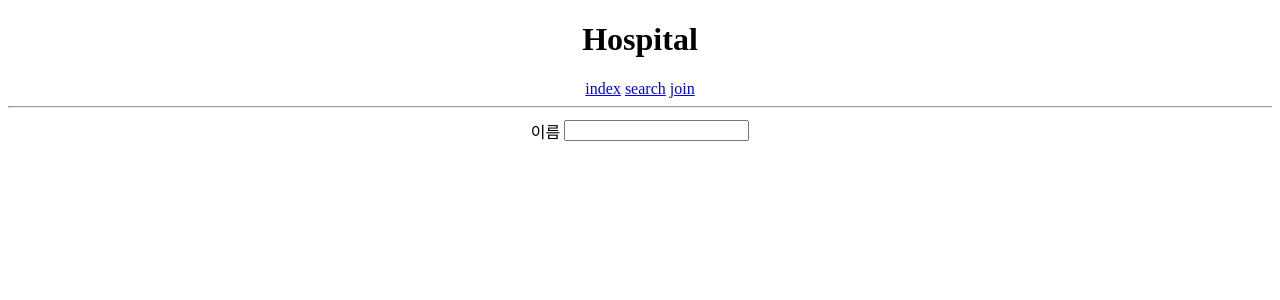
Repository: kimgh06/jsp_teamwork
Page: http://localhost/hospital/join.jsp
An editor plug-in stored every save of this project. The page is shown before and after the next save, followed by the edit.
The browser window is 1280 px wide. The pictures show the whole page.
The page is served by Tomcat 9.

Above is the page before, as saved 2023-06-14 01:49:51.

After the next save:
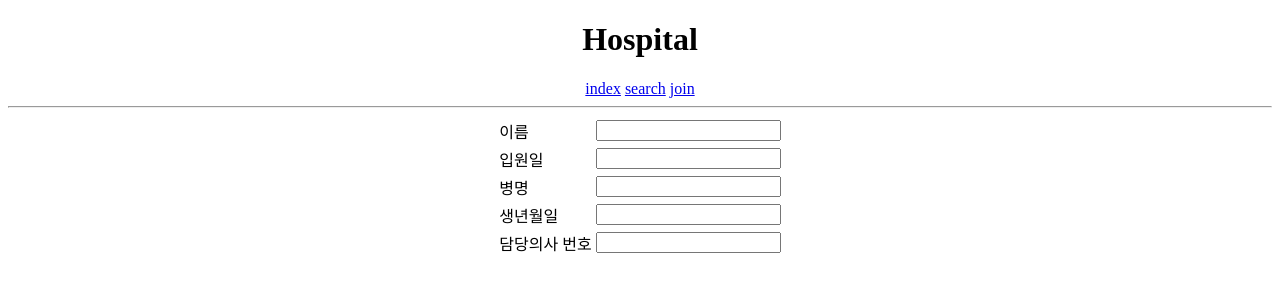
Saved 4 min 20 s later.
--- a/hospital/src/main/webapp/join.jsp
+++ b/hospital/src/main/webapp/join.jsp
@@ -11,6 +11,10 @@
 <form method="post" action="i_action.jsp" name="frm" style="display: flex; justify-content: center; align-items: center">
 <table>
 	<tr><td>이름</td><td><input name="name"/></td></tr>
+	<tr><td>입원일</td><td><input name="name"/></td></tr>
+	<tr><td>병명</td><td><input name="name"/></td></tr>
+	<tr><td>생년월일</td><td><input name="name"/></td></tr>
+	<tr><td>담당의사 번호</td><td><input name="name"/></td></tr>
 </table>
 </form>
 </html>
